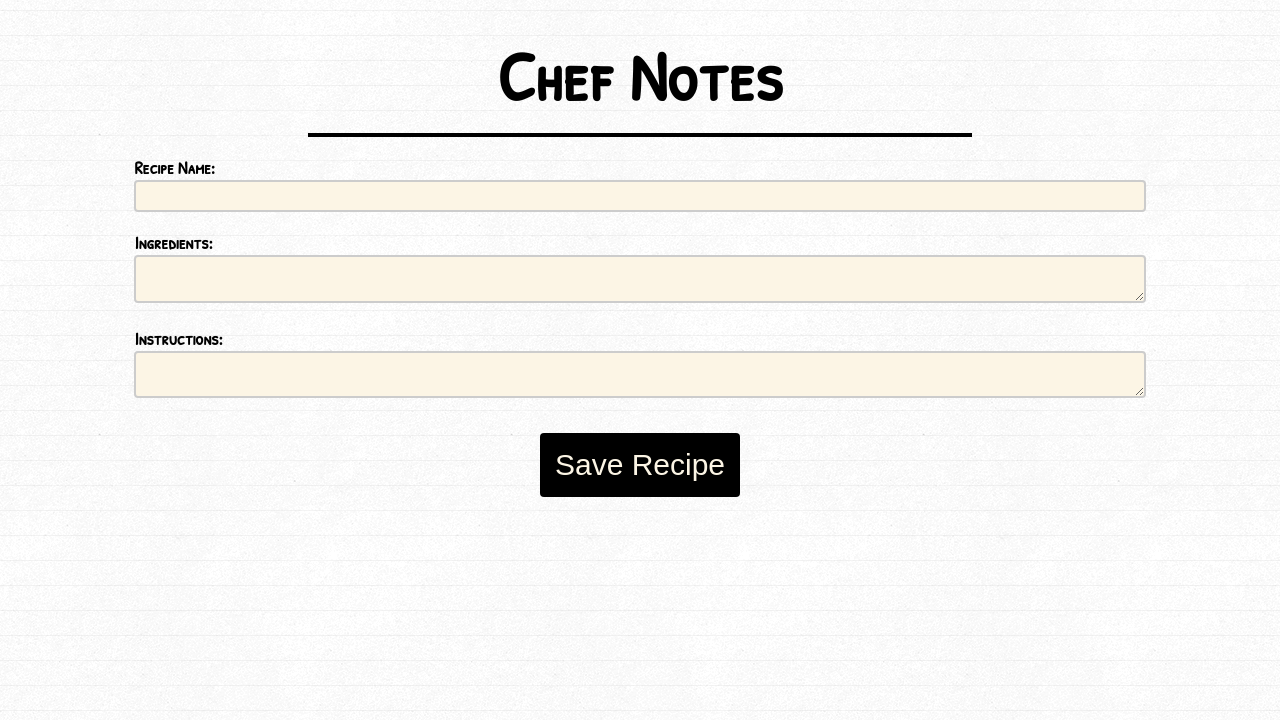
Repository: Chadloswald/RecipeSite
Page: index.html
An editor plug-in stored every save of this project. The page is shown before and after the next save, followed by the edit.
The browser window is 1280 px wide. The pictures show the whole page.

Above is the page before, as saved 2023-04-03 20:37:17.

After the next save:
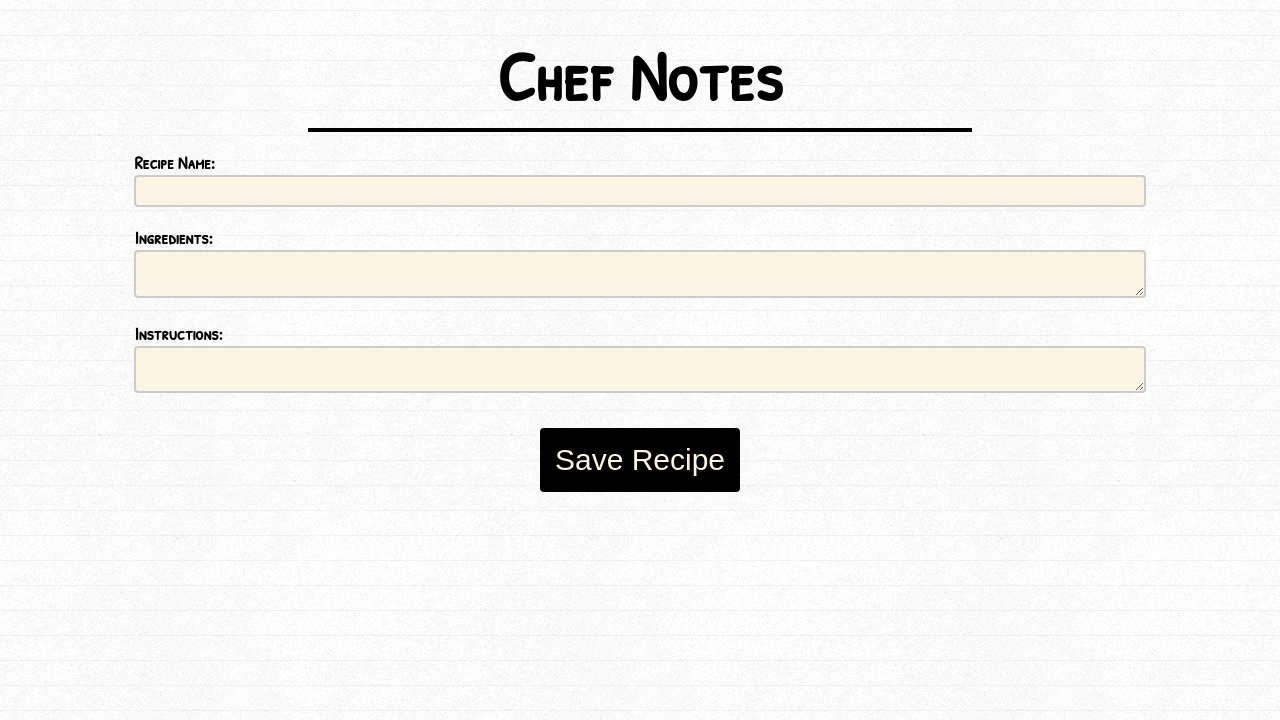
Saved 15 s later.
--- a/style.css
+++ b/style.css
@@ -14,7 +14,7 @@ body {
 }
 h1 {
   text-align: center;
-  padding: 20px 0 10px 0;
+  padding: 20px 0 5px 0;
   border-bottom: 4px solid black;
   margin: 0 300px;
   font-size: 70px;
